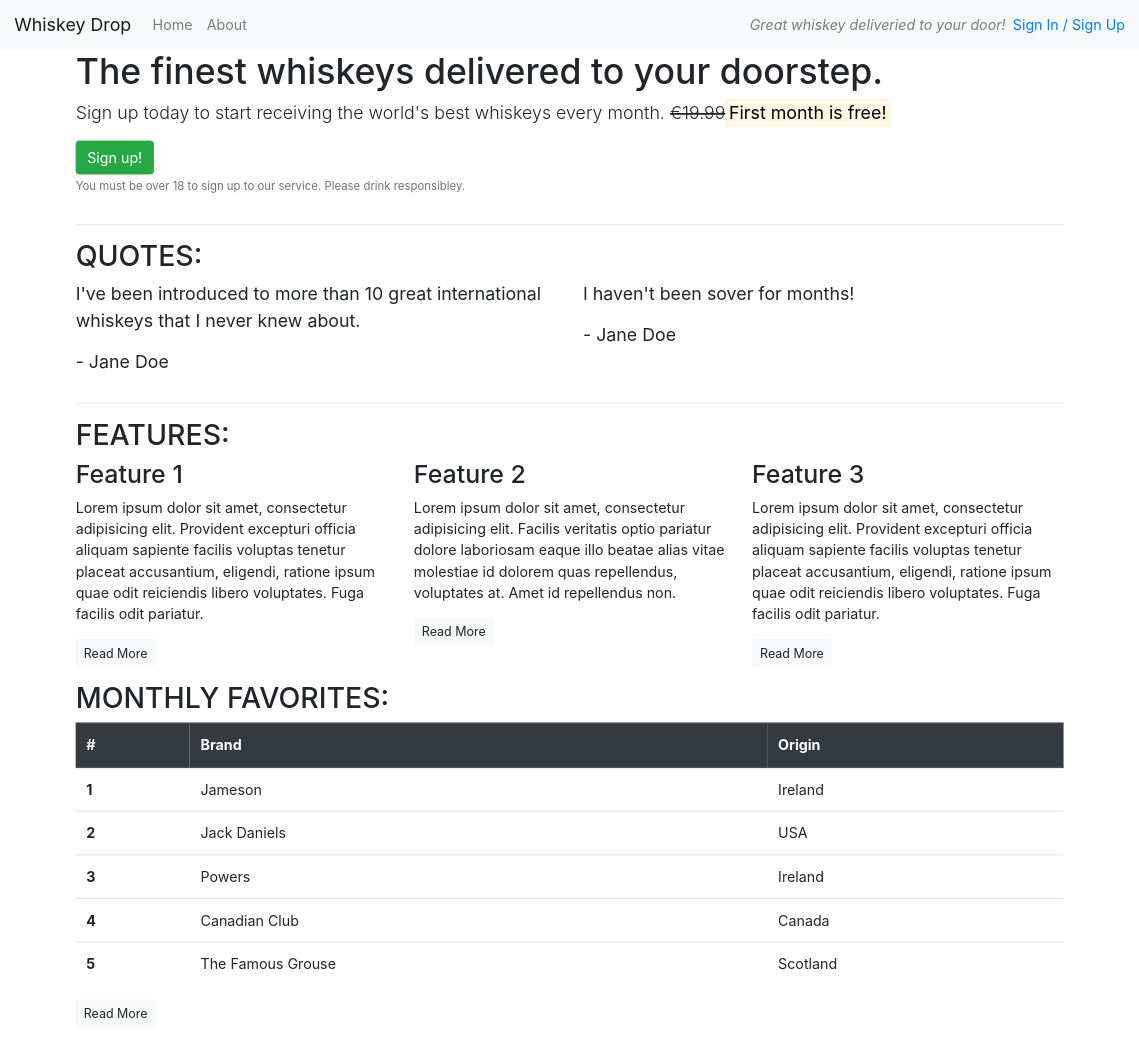
Repository: dof-bull/whiskey-drop
Page: index.html
The author's editor kept a record of every edit. The page is drawn from the files as they stood at one moment, then again after the next edit.
The browser window is 1280 px wide. The pictures show the whole page, at 89% of full size.

Above is the page before.
Console error: TypeError: Cannot read properties of undefined (reading 'fn')

After the next edit:
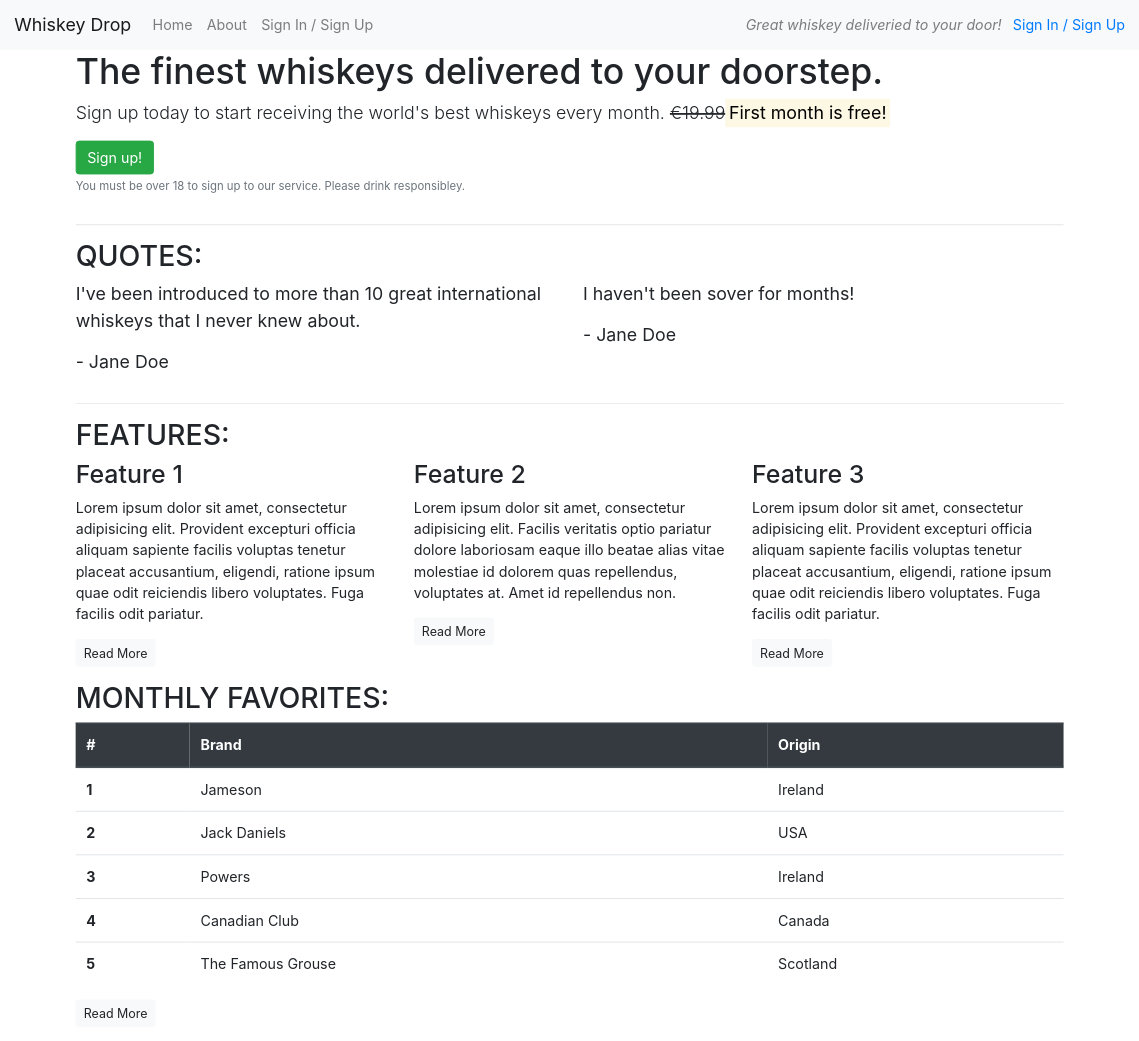
The edit:
--- a/index.html
+++ b/index.html
@@ -17,9 +17,12 @@
     <ul class="navbar-nav mr-auto">
       <li class "active nav-item mr-2"><a class="nav-link" href="/">Home</a></li>
       <li class "nav-item mr-2"><a class="nav-link" href="/about">About</a></li>
+      <li class "nav-item mr-2 d-block d-sm-none"><a class="nav-link" href="/login">Sign In / Sign Up</a></li>
     </ul>
-    <p class="navbar-text my-auto mr-2"><i>Great whiskey deliveried to your door!</i></p>
-    <a href="/login">Sign In / Sign Up</a>
+    <div class="d-none d-md-block">
+      <p class="navbar-text my-auto mr-2"><i>Great whiskey deliveried to your door!</i></p>
+      <a href="/login">Sign In / Sign Up</a>
+    </div>
   </nav>
   <article class="container">
     <!-- Callout -->
